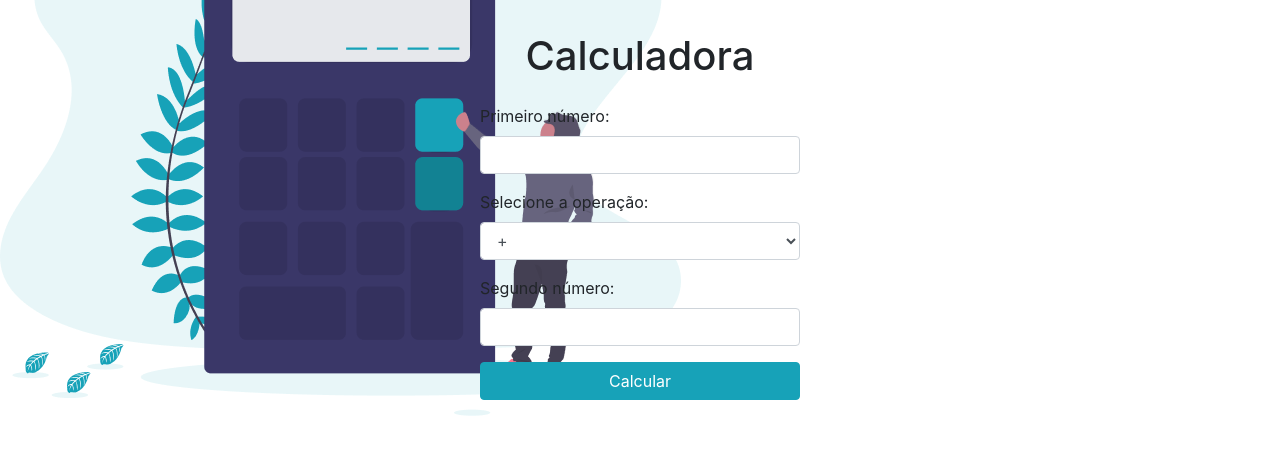
Repository: babirms/DAC
Page: Calculadora/WebContent/home.html
These files come from the project's save history. The page is drawn as it stood at one moment and after the next save; the edit follows.
The browser window is 1280 px wide. The pictures show the whole page.

Above is the page before, as saved 2020-09-20 23:42:14.
Console error (its wording comes from the project's code and is left out).

### Calculadora/WebContent/home.html
<!DOCTYPE html>
<html>
<head>
<meta charset="ISO-8859-1">
<title>Calculadora - Página Inicial</title>
<link href="bootstrap/css/bootstrap.min.css" rel="stylesheet"
	type="text/css" />
<script type="text/javascript" src="bootstrap/js/bootstrap.min.js"></script>
<style>
body {
	background-image: url("bootstrap/images/home_bg.png");
	background-position: left bottom;
	background-repeat: no-repeat;
}
</style>
</head>
<body>
	<div class="d-flex flex-column align-items-center col-xs-8">
		<div class="container p-3" style="width: 352px;">
			<h1 class="p-3 text-center">Calculadora</h1>
			<form action="CalculadoraServlet" method="get">
				<div class="form-group">
					<label for="primeiroNum">Primeiro número: </label> <input
						type="number" class="form-control" name="primeiroValue"
						id="primeiroNum" required>
				</div>
				<div class="form-group">
					<label for="operacao">Selecione a operação: </label> <select
						class="form-control" id="operacao" name="operacao">
						<option value="+">+</option>
						<option value="-">-</option>
						<option value="x">x</option>
						<option value="/">/</option>
					</select>
				</div>
				<div class="form-group">
					<label for="segundoNum">Segundo número: </label> <input
						type="number" id="segundoNum" class="form-control"
						name="segundoValue" required>
				</div>
				<button class="btn btn-info btn-block" type="submit">Calcular</button>
			</form>
		</div>
	</div>
</body>
</html>

Loaded but not shown: Calculadora/WebContent/bootstrap/css/bootstrap.min.css (library); Calculadora/WebContent/bootstrap/js/bootstrap.min.js (library)

After the next save:
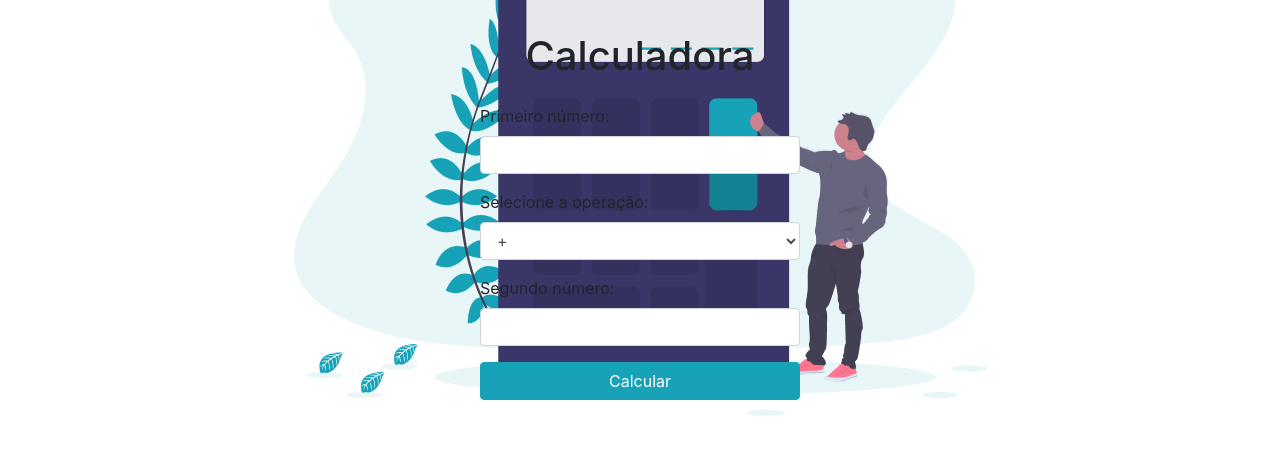
Saved 116 s later.
--- a/Calculadora/WebContent/home.html
+++ b/Calculadora/WebContent/home.html
@@ -9,7 +9,7 @@
 <style>
 body {
 	background-image: url("bootstrap/images/home_bg.png");
-	background-position: left bottom;
+	background-position: bottom;
 	background-repeat: no-repeat;
 }
 </style>

After the save that followed:
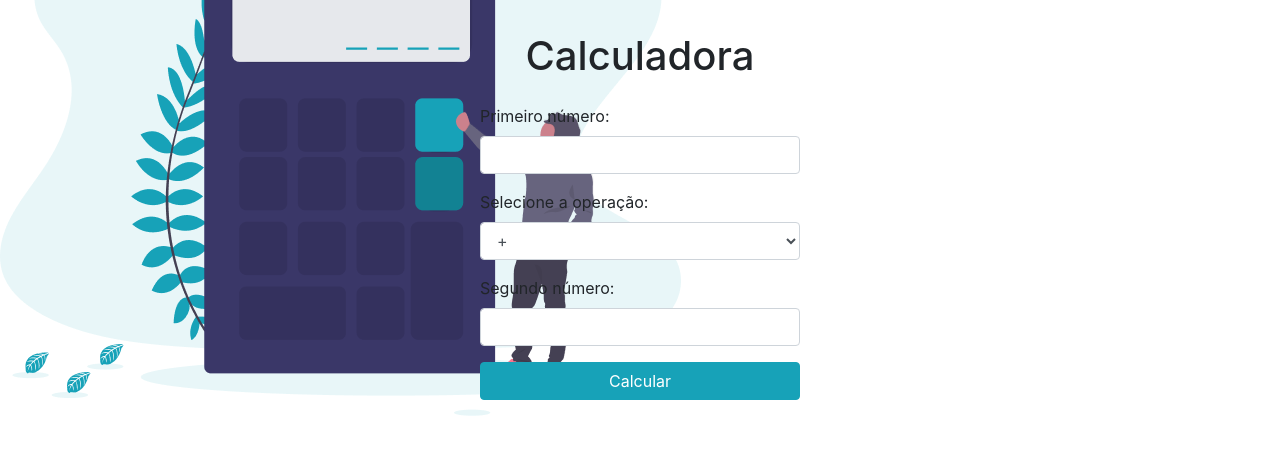
Saved 7 s later.
--- a/Calculadora/WebContent/home.html
+++ b/Calculadora/WebContent/home.html
@@ -9,7 +9,7 @@
 <style>
 body {
 	background-image: url("bootstrap/images/home_bg.png");
-	background-position: bottom;
+	background-position: left bottom;
 	background-repeat: no-repeat;
 }
 </style>
